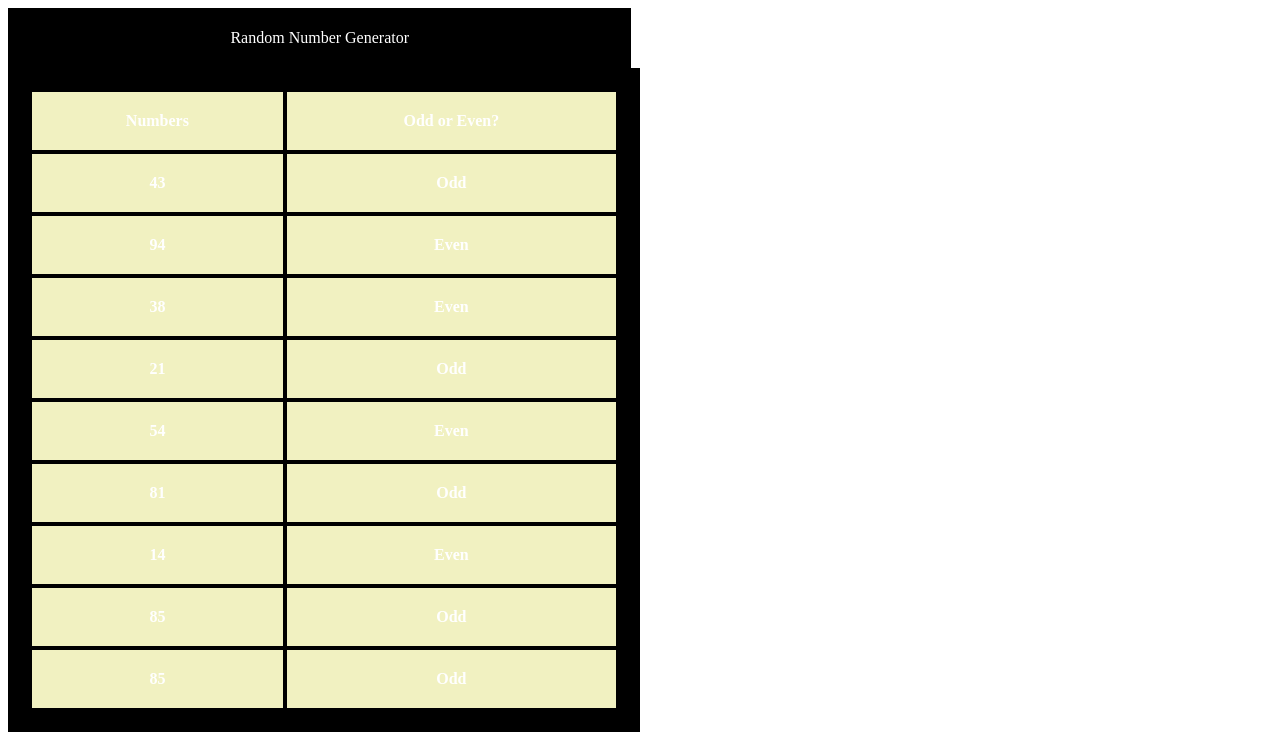
Repository: TheRealCisco/f2017CST336
Page: http://localhost/Challenge/rand.php
The author's editor kept a record of every edit. The page is drawn from the files as they stood at one moment, then again after the next edit.
The browser window is 1280 px wide. The pictures show the whole page.
The page is run by PHP 8.4 with error messages shown; the project is at /var/www/html/.

Above is the page before.

After the next edit:
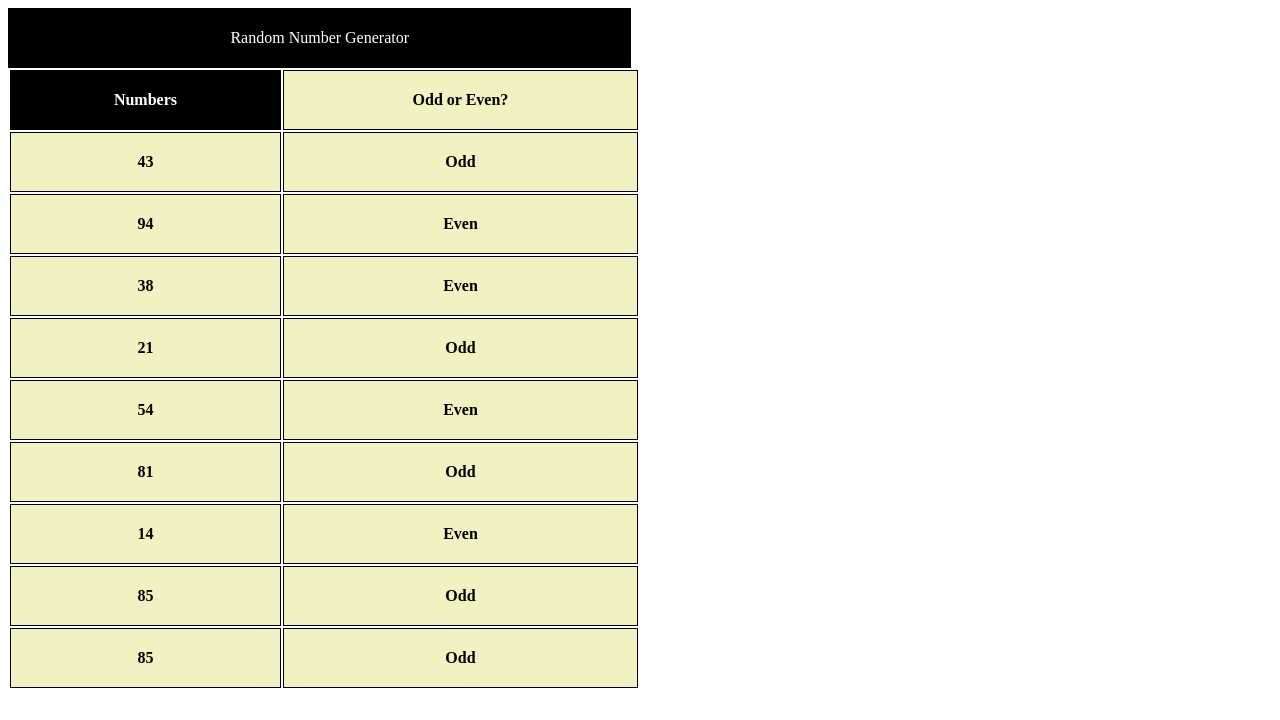
The edit:
--- a/Challenge/rand.php
+++ b/Challenge/rand.php
@@ -27,9 +27,9 @@
         Random Number Generator
     </header>
 <body>
-<table id="top" style="width:50%">
-    <tr>
-        <th>
+<table style="width:50%">
+    <tr >
+        <th id="top">
             Numbers
         </th>
         <th>
